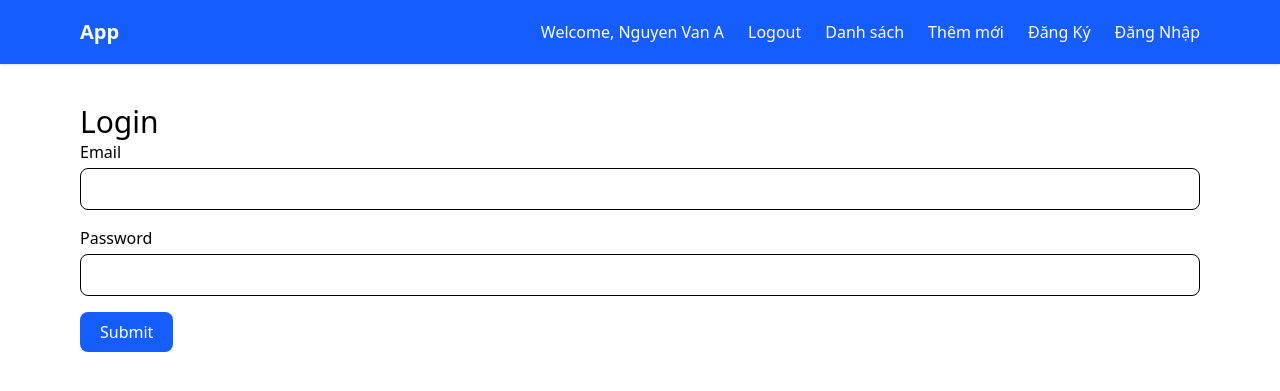
Repository: DODUCHUY195/Lap_Trinh_TypeScript
Page: /login
The author's editor kept a copy of each file at every save. The page is drawn from the files as they stood at one save, then again after the next save.
The browser window is 1280 px wide. The pictures show the whole page.
The project was rebuilt for these pictures with package versions that can differ from the ones it lists, and the page was loaded fresh each time. Also part of the build but not shown: vite.config.ts, src/pages/List.tsx, src/pages/Add.tsx, src/pages/Edit.tsx, src/components/layoutAdmin.tsx.

Above is the page before, as saved 2026-01-28 19:29:27.

After the next save:
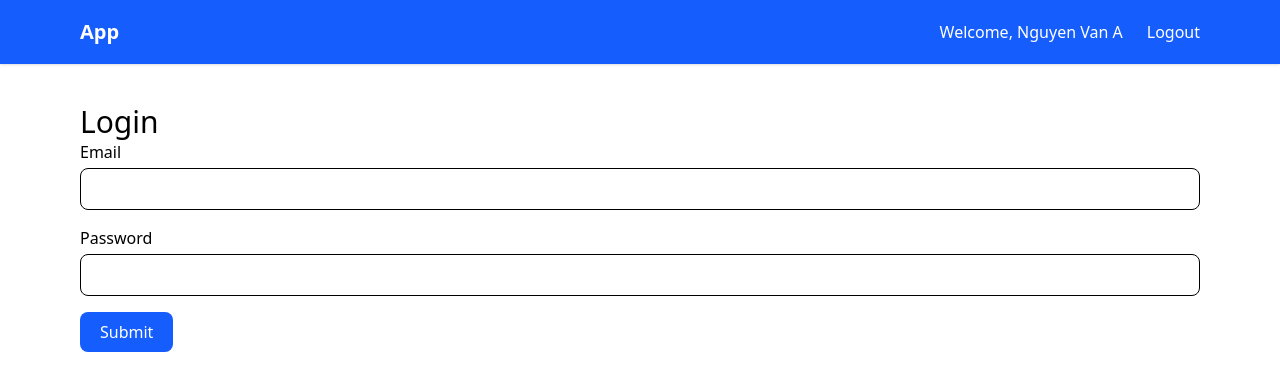
Saved 36 s later.
--- a/src/App.tsx
+++ b/src/App.tsx
@@ -29,7 +29,7 @@ function App() {
             {user ? (<>
             <span>Welcome, {user.name}</span>
             <button className="hover:text-gray-200" onClick={() => setUser(null)}>Logout</button>
-            </>) : (<></>)}
+            </>) : (<>
             <Link to="/" className="hover:text-gray-200">
               Danh sách
             </Link>
@@ -42,6 +42,8 @@ function App() {
             <Link to="/login" className="hover:text-gray-200">
               Đăng Nhập
             </Link>
+            </>)}
+
           </div>
         </div>
       </nav>
